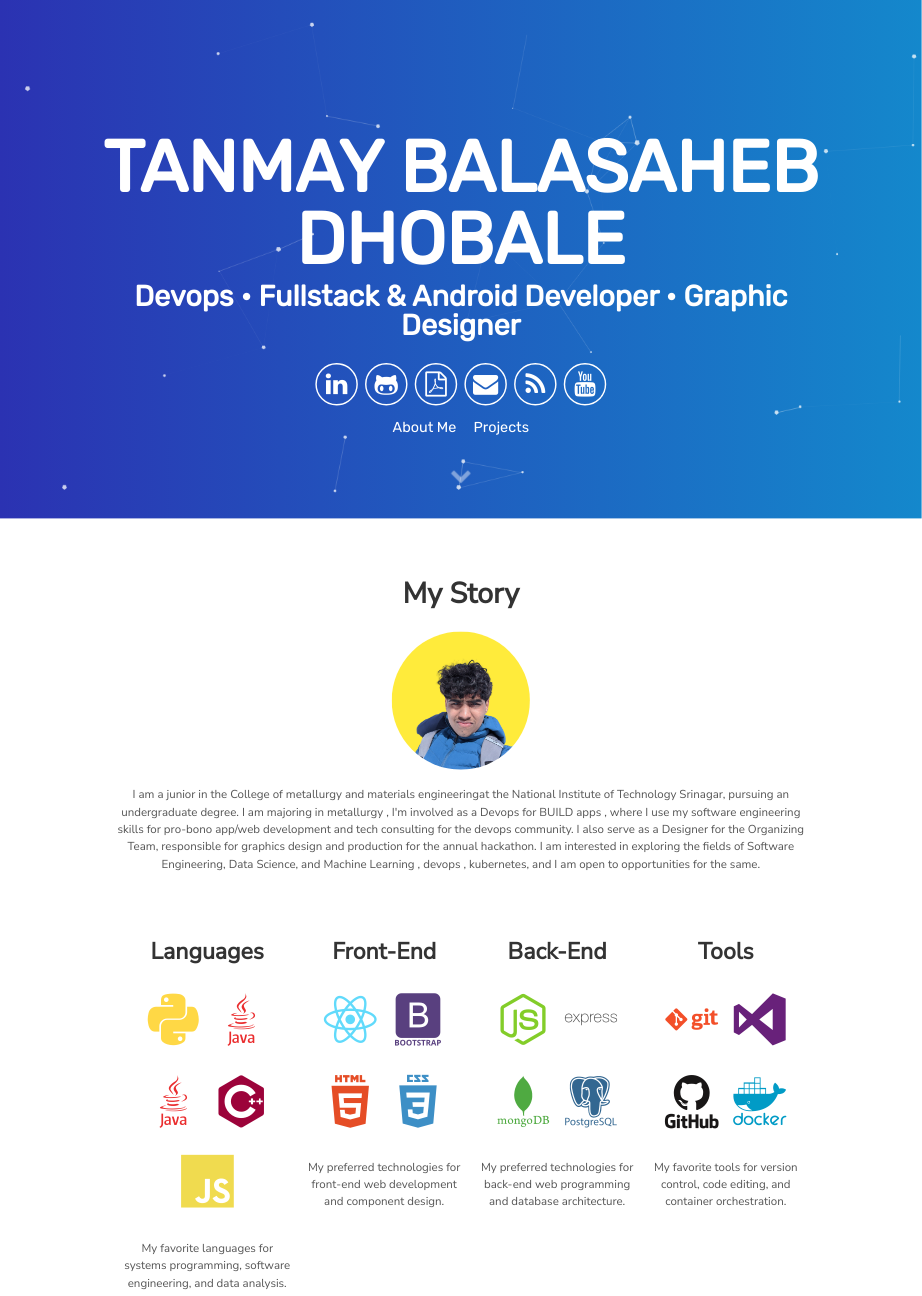
Repository: TanmayDhobale/portfolio.tanmay
Page: index.html
An editor plug-in stored every save of this project. The page is shown before and after the next save, followed by the edit.
The browser window is 1280 px wide. The pictures show the part of the page from y = 0 to 1800 px (the page is 3304 px tall), at 72% of full size.
A picture or video elsewhere on the page could not be fetched, so the positions and the page height are approximate. Backgrounds fixed to the window are drawn as part of the page.

Above is the page before, as saved 2023-09-25 19:23:33.

### index.html
<!DOCTYPE html>
<html lang="en">
  <head>
    <!-- Metadata of the Webpage -->
    <!-- Character-set Metadata -->
    <meta charset="utf-8" />
    <meta http-equiv="X-UA-Compatible" content="IE=edge" />
    <!-- Viewport Metadata -->
    <meta name="viewport" content="width=device-width, initial-scale=1" />
    <!-- Description Metadata-->
    <meta name="description" content="Portfolio Website" />
    <!-- Author Metadata -->
    <meta name="author" content="Tanmay dhobale " />
    <!-- Keyword Metadata -->
    <meta
      name="keywords"
      content="tanmay balasaheb dhobale , tanmay dhobale , tanmay dhobale nit  , tanmay dhobale nasa "
    />
    <!-- Webpage Logo -->
    <link rel="shortcut icon" href="assets/img/favicon.ico" />
    <!-- Webpage Title -->
    <title>Tanmay Dhobale </title>

    <!-- Import CSS: Main Stylesheet -->
    <link rel="stylesheet" href="./assets/css/main.css" />
  </head>

  <body>
    <div id="particles-js">
      <div class="header">
        <h1>
          <span class="site-title">TANMAY BALASAHEB DHOBALE  </span>
          <span class="site-description"> Devops • Fullstack & Android Developer • Graphic Designer</span>
        </h1>
        <div class="header-icons">
          <a aria-label="My LinkedIn Profile" target="_blank" href="https://www.linkedin.com/in/tanmaydhobale/">
            <i class="icon fa fa-linkedin" aria-hidden="true"></i>
          </a>
          <a aria-label="My Github Profile" target="_blank" href="https://github.com/TanmayDhobale">
            <i class="icon fa fa-github-alt" aria-hidden="true"></i>
          </a>
          <a aria-label="My Résumé" target="_blank" href="https://drive.google.com/file/d/1XHNU_m7_-rRypqP-tn4aT4cPukl3uloP/view?usp=sharing">
            <i class="icon fa fa fa-file-pdf-o" aria-hidden="true"></i>

          </a>
          <a aria-label="Send Email" href="mailto:tanmay_2021bmme078@nitsri.ac.in" target="_blank"
            ><i class="icon fa fa-envelope"></i
          ></a>
           <a aria-label="Send Email" href="https://hashnode.com/@tanmay4l" target="_blank">
            <i class="icon fa fa-rss" aria-hidden="true"></i>
          </a>
          <a aria-label="Youtube" href="https://youtube.com/@tanmay4l?si=MVQowxwEulg6ruLZ" target="_blank"
          ><i class="icon fa fa-youtube"></i
        ></a>

        </div>
        <div class="header-links">
          <a class="link" href="#about" data-scroll>About Me</a>
          <a class="link" href="#projects" data-scroll>Projects</a>
        </div>
      </div>
      <a class="down" href="#about" data-scroll><i class="icon fa fa-chevron-down" aria-hidden="true"></i></a>


    </div>

    <!-- About Section -->
    <section id="about">
      <!-- User Introduction-->
      <div class="user-details">
        <h1>My Story</h1>
        <picture>
          <source
            type="image/webp"
            srcset="./assets/img/webp/Professional-Picture-Me.webp"
            alt="Professional Me"
            width="20%"
            style="border-radius: 50%"
          />
          <img
            src="./assets/img/jpg/Professional-Picture-Me.jpg"
            alt="Professional Me"
            width="20%"
            style="border-radius: 50%"
          />
        </picture>
        <p>
          I am a junior in the College of metallurgy and materials engineeringat the National Institute of Technology Srinagar,
          pursuing an undergraduate degree. I am majoring in metallurgy  ,  I'm involved as a Devops for BUILD
          apps , where I use my software engineering skills for pro-bono app/web development and tech consulting for the
          devops community. I also serve as a Designer for the Organizing Team, responsible for graphics
          design and production for the annual hackathon. I am interested in exploring the fields of Software
          Engineering, Data Science, and Machine Learning , devops , kubernetes,  and I am open to opportunities for the same.
        </p>
      </div>

      <!-- User Specifics -->
      <div class="user">
        <!-- Technology Stack #1: Languages -->
        <div class="tech">
          <h2>Languages</h2>
          <i class="devicon-python-plain colored"></i>
          <i class="devicon-java-plain-wordmark colored"></i>
          <i class="devicon-java-plain-wordmark colored"></i>
          <i class="devicon-cplusplus-plain colored"></i>
          <i class="devicon-javascript-plain colored"></i>
          <p>My favorite languages for systems programming, software engineering, and data analysis.</p>
        </div>

        <!-- Technology Stack #2: Front-End -->
        <div class="tech">
          <h2>Front-End</h2>
          <i class="devicon-react-original colored"></i>
          <i class="devicon-bootstrap-plain-wordmark colored"></i>
          <i class="devicon-html5-plain-wordmark colored"></i>
          <i class="devicon-css3-plain-wordmark colored"></i>
          <p>My preferred technologies for front-end web development and component design.</p>
        </div>

        <!-- Technology Stack #3: Back-End -->
        <div class="tech">
          <h2>Back-End</h2>
          <i class="devicon-nodejs-plain colored"></i>
          <i class="devicon-express-original-wordmark colored"></i>
          <i class="devicon-mongodb-plain-wordmark colored"></i>
          <i class="devicon-postgresql-plain-wordmark colored"></i>
          <p>My preferred technologies for back-end web programming and database architecture.</p>
        </div>

        <!-- Technology Stack #4: Tools -->
        <div class="tech">
          <h2>Tools</h2>
          <i class="devicon-git-plain-wordmark colored"></i>
          <i class="devicon-visualstudio-plain colored"></i>
          <i class="devicon-github-plain-wordmark colored"></i>
          <i class="devicon-docker-plain-wordmark colored"></i>
          <p>My favorite tools for version control, code editing, and container orchestration.</p>
        </div>
      </div>
    </section>

    <!-- Projects Section -->
    <section id="projects">
      <div class="user-details">
        <h1>Featured Projects</h1>
      </div>

      <!-- User Project #1: Personal Résumé Website -->
       <!-- <div class="user-projects">
        <div class="images-right">
          <picture>
            <source type="image/webp" srcset="./assets/img/webp/Personal-Resume-Website.webp" alt="Personal Website" />
            <img alt="Personal Website" src="./assets/img/jpg/Personal-Resume-Website.jpg" />
          </picture>
        </div>
        <div class="contents" style="text-align: center">
          <h3>Personal Website</h3>
          <div>
            <img
              height="32"
              width="32"
              src="https://unpkg.com/simple-icons@3.4.0/icons/react.svg"
              style="filter: invert(73%) sepia(74%) saturate(1552%) hue-rotate(169deg) brightness(109%) contrast(97%)"
            />
            &nbsp;
            <img
              height="32"
              width="32"
              src="https://unpkg.com/simple-icons@3.4.0/icons/bootstrap.svg"
              style="filter: invert(24%) sepia(14%) saturate(2270%) hue-rotate(222deg) brightness(102%) contrast(90%)"
            />
            &nbsp;
            <img height="32" width="32" src="https://unpkg.com/simple-icons@3.4.0/icons/github.svg" />
          </div>
          <p style="text-align: justify">
            I developed and designed a website using ReactJS and Bootstrap, hosted on Github Pages, to showcase my web
            presence, story, work experience, education, projects, and achievements in an interactive and
            visually-appealing format.
          </p>
          <a class="project-link" target="_blank" href="https://www.adityavsingh.com/">Check it out!</a>
        </div>
      </div>  -->

      <!-- User Project #2: Summer 2020 Project -->
   <div class="user-projects">
        <div class="images-left">
          <picture>
            <source type="image/webp" srcset="./assets/img/webp/Perpetual-Crusades.webp" alt="Perpetual Crusades" />
            <img alt="Perpetual Crusades" src="./assets/img/jpg/Perpetual-Crusades.jpg" />
          </picture>
        </div>
        <div class="contents-right" style="text-align: center">
          <h3>DepressionHUB</h3>
          <img
            height="32"
            width="32"
            src="https://unpkg.com/simple-icons@3.4.0/icons/react.svg"
            style="filter: invert(73%) sepia(74%) saturate(1552%) hue-rotate(169deg) brightness(109%) contrast(97%)"
          />
          &nbsp;
          <img
            height="32"
            width="32"
            src="https://unpkg.com/simple-icons@3.4.0/icons/css3.svg"
            style="filter: invert(33%) sepia(29%) saturate(3844%) hue-rotate(184deg) brightness(90%) contrast(84%)"
          />
          <img
          height="32"
          width="32"
          src="https://unpkg.com/simple-icons@3.4.0/icons/javascript.svg"
          style="filter: invert(33%) sepia(29%) saturate(3844%) hue-rotate(184deg) brightness(90%) contrast(84%)"
        />
          &nbsp;
          <img height="32" width="32" src="https://unpkg.com/simple-icons@3.4.0/icons/github.svg"/>
          <p style="text-align: justify">
            This is an startup webiste I`ve created this for DepressionHUB Company , using , javascrpt , ReactJS & vita and CSS Grid Layouts for design and hosted on
            GitHub & Netlify Pages.
          </p>
          <a class="project-link" target="_blank" href="https://depressionhuborg.netlify.app/"
            >Check it out!</a
          >
        </div>
      </div>

      <!-- User Project #3: freemoives - Top Movie Streaming Website -->
      <div class="user-projects">
        <div class="images-right">
          <picture>
            <source type="image/webp" srcset="./assets/img/webp/COVID19-Tracker-App.webp" alt="COVID-19 Tracker App" />
            <img alt="COVID-19 Tracker App" src="./assets/img/jpg/COVID19-Tracker-App.jpg" />
          </picture>
        </div>
        <div class="contents" style="text-align: center">
          <h3>Movie Streaming Website </h3>
          <div>
            <img
            height="32"
            width="32"
            src="https://unpkg.com/simple-icons@3.4.0/icons/css3.svg"
            style="filter: invert(33%) sepia(29%) saturate(3844%) hue-rotate(184deg) brightness(90%) contrast(84%)"
          />
            <img
              height="32"
              width="32"
              src="https://unpkg.com/simple-icons@3.4.0/icons/html5.svg"

              style="filter: invert(96%) sepia(47%) saturate(4151%) hue-rotate(338deg) brightness(100%) contrast(95%)"
            />
          </div>
          <p style="text-align: justify">
            I created a web site where u can watch movie online like netfilx , your go-to destination for streaming the top movies! This website is designed using HTML and CSS and aims to provide users with an immersive movie-watching experience.


          </p>
          <a class="project-link" target="_blank" href="https://tanmaydhobale.github.io/Freemoive.com/">
            Check it out!
          </a>
        </div>
      </div>

      <!-- Use Project #4: cloud Native Monitoring Application -->
      <div class="user-projects">
        <div class="images-left">
          <picture>
            <source
              type="image/webp"
              srcset="./assets/img/webp/Valuto-Account-Management.webp"
              alt="cloud Native Monitoring Application\"
            />
            <img alt="/Users/tanmay/Desktop/code/tanmayport.dev/My-Alternate-Portfolio-Website/assets/img/jpg/Valuto-Account-Management.jpg" src="./assets/img/jpg/Valuto-Account-Management.jpg" />
          </picture>
        </div>
        <div class="contents-right" style="text-align: center">
          <h3>Cloud Native Monitoring Application</h3>
          <div>
            <img
              height="32"
              width="32"
              src="https://unpkg.com/simple-icons@3.4.0/icons/python.svg"

              style="filter: invert(22%) sepia(77%) saturate(1486%) hue-rotate(183deg) brightness(101%) contrast(103%)"
            />
            <img
              height="32"
              width="32"
              src="https://unpkg.com/simple-icons@3.4.0/icons/docker.svg"

              style="filter: invert(22%) sepia(77%) saturate(1486%) hue-rotate(183deg) brightness(101%) contrast(103%)"
            />
            <img
              height="32"
              width="32"
              src="https://unpkg.com/simple-icons@3.4.0/icons/kubernetes.svg"

              style="filter: invert(22%) sepia(77%) saturate(1486%) hue-rotate(183deg) brightness(101%) contrast(103%)"
            />
          </div>
          <p style="text-align: justify">
            I developed a cloud Native Monitoring Application . A Cloud Native Monitoring Application is a tool designed to oversee and manage applications and infrastructure in cloud-native environments. A Cloud Native Monitoring Application is a tool designed to oversee and manage applications and infrastructure in cloud-native environments. It provides real-time insights into performance, availability, and health, helping to optimize resource usage, detect issues, and enable quick responses through alerts and notifications. This tool supports the scalability and efficiency of cloud-native applications by offering data-driven insights for continuous improvement.
          </p>
          <a class="project-link" target="_blank" href="https://github.com/TanmayDhobale/cloudNativeMonitoringApplication">
            Check it out!
          </a>
        </div>
      </div>
    </section>

    <footer class="footer">
      <p>&copy; Tanmay dhobale, 2020</p>
    </footer>

    <!-- Import JS: Particles Theme -->
    <script src="https://cdn.jsdelivr.net/particles.js/2.0.0/particles.min.js"></script>
    <!-- Import JS: Sweet Scroll -->
    <script src="./assets/js/sweet-scroll.min.js"></script>
    <!-- Import JS: Google Analytics -->
    <script src="./assets/js/google-analytics.js"></script>
    <!-- Import JS: Main Script -->
    <script src="./assets/js/main.js"></script>
  </body>
</html>

Loaded but not shown: assets/js/sweet-scroll.min.js (library); assets/js/google-analytics.js (common file); assets/js/main.js (1 lines, source omitted); assets/css/main.css (5127 lines, source omitted)

After the next save:
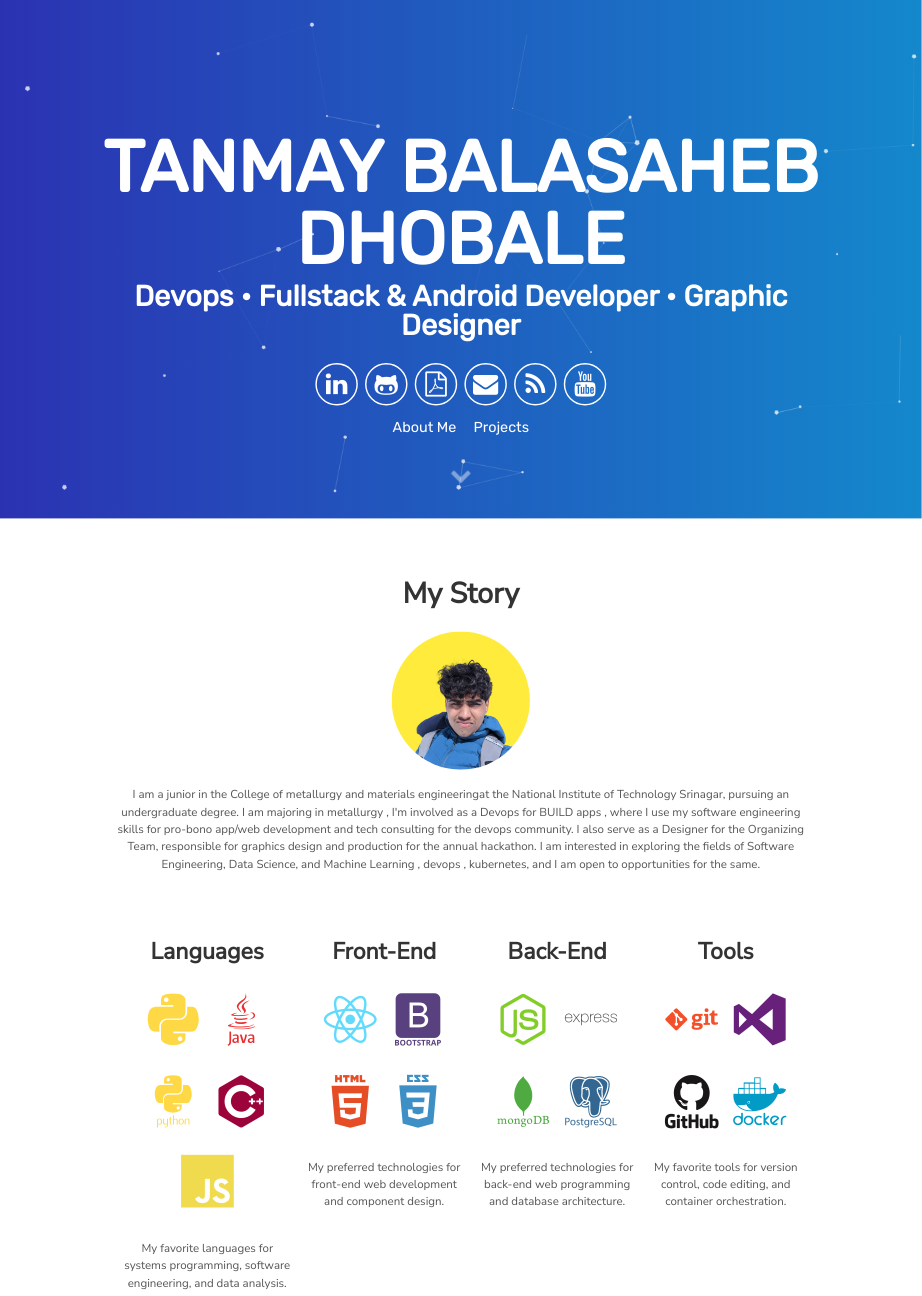
Saved 8 s later.
--- a/index.html
+++ b/index.html
@@ -101,7 +101,7 @@
           <h2>Languages</h2>
           <i class="devicon-python-plain colored"></i>
           <i class="devicon-java-plain-wordmark colored"></i>
-          <i class="devicon-java-plain-wordmark colored"></i>
+          <i class="devicon-python-plain-wordmark colored"></i>
           <i class="devicon-cplusplus-plain colored"></i>
           <i class="devicon-javascript-plain colored"></i>
           <p>My favorite languages for systems programming, software engineering, and data analysis.</p>
